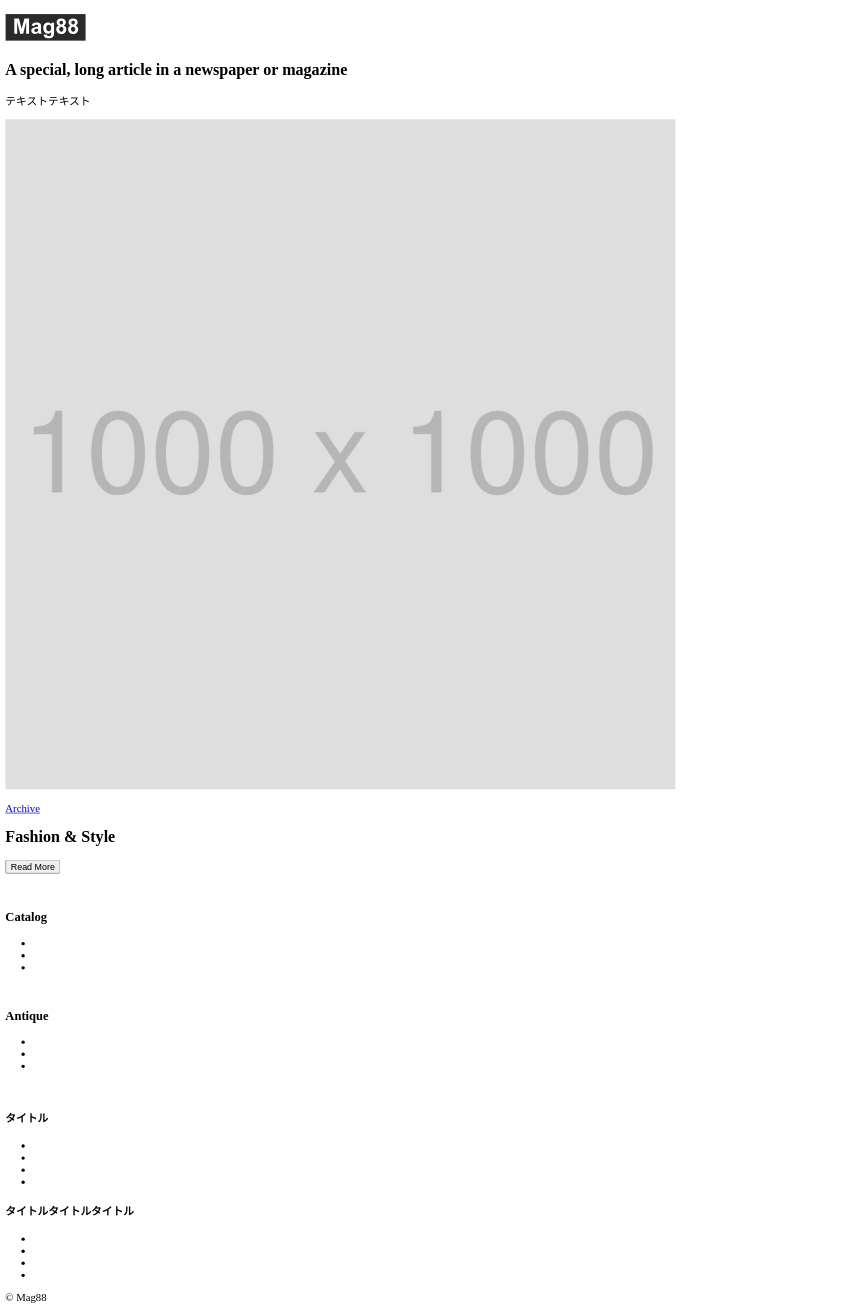
Repository: Fuki-san/bookstore
Page: http://localhost/book
The author's editor kept a copy of each file at every save. The page is drawn from the files as they stood at one save, then again after the next save.
The browser window is 1280 px wide. The pictures show the whole page, at 67% of full size.
The page is served by the project's Laravel application, run on PHP 8.4 with Laravel 10. Other server files are loaded and not shown.

Above is the page before, as saved 2023-11-20 12:10:38.

### routes/web.php
<?php

use Illuminate\Support\Facades\Route;

/*
|--------------------------------------------------------------------------
| Web Routes
|--------------------------------------------------------------------------
|
| Here is where you can register web routes for your application. These
| routes are loaded by the RouteServiceProvider and all of them will
| be assigned to the "web" middleware group. Make something great!
|
*/

Route::get('/', function () {
    return view('welcome');
});

Route::get('book', function() {
    return view('bookstore');
})->name('book');

### resources/views/bookstore.blade.php
@extends('layouts.main')

@section('title', 'bookstore')

@section('content')
    <header>
        <h1 class="site-title"><img src="img/logo.svg" alt="Mag88"></h1>
    </header>

    <main>
        <section id="magazine" class="wrapper">
            <h2 class="sec-title">A special, long article in a newspaper or magazine</h2>
            <p>テキストテキスト</p>
            <div class="flex-item">
                <a class="item" href="#">
                    <img src="img/magazine-archive.jpg">
                    <div class="text">
                        <p class="title">Archive</p>
                        <p>

                        </p>
                    </div>
                </a>
                <a href=""></a>
            </div>
        </section>

        <section id="fashion" class="wrapper">
        <h2>Fashion & Style</h2>
            <p></p>
            <div><a href=""></a><input type="submit" class="button" value="Read More"></div>
            <img src="">
        </section>
        <section class="catalog-antique">
            <img src="">
            <h3>Catalog</h3>
            <ul>
                <li></li>
                <li></li>
                <li></li>
            </ul>
        </section>
        <section class="catalog-antique">
            <img src="">
            <h3>Antique</h3>
            <ul>
                <li></li>
                <li></li>
                <li></li>
            </ul>
        </section>

    </main>


    <footer>
        <div class="footer-menu">
            <img src="">
            <h4>タイトル</h4>
            <ul>
                <li></li>
                <li></li>
                <li></li>
                <li></li>
            </ul>
            <h4>タイトルタイトルタイトル</h4>
            <ul>
                <li></li>
                <li></li>
                <li></li>
                <li></li>
            </ul>
        </div>
        <p>&copy; Mag88</p>
    </footer>
@endsection

### resources/views/layouts/main.blade.php
<!DOCTYPE html>
<html lang="ja">
<head>
    <meta charset="UTF-8">
    <meta name="viewport" content="width=device-width, initial-scale=1.0">
    <meta http-equiv="X-UA-Compatible" content="ie=edge">
    <link rel="stylesheet" href="{{ asset('css/reset.css') }}">
    <link rel="stylesheet" href="{{ asset('css/style.css') }}">
    <link rel="icon" href="img/favicon.ico">
    <title>@yield('title')</title>
</head>
<body>
    @yield('content')
</body>
</html>

### public/img/logo.svg
<?xml version="1.0" encoding="utf-8"?>
<!-- Generator: Adobe Illustrator 15.1.0, SVG Export Plug-In . SVG Version: 6.00 Build 0)  -->
<!DOCTYPE svg PUBLIC "-//W3C//DTD SVG 1.1//EN" "http://www.w3.org/Graphics/SVG/1.1/DTD/svg11.dtd">
<svg version="1.1" id="レイヤー_1" xmlns="http://www.w3.org/2000/svg" xmlns:xlink="http://www.w3.org/1999/xlink" x="0px"
	 y="0px" width="120px" height="40px" viewBox="0 0 120 40" enable-background="new 0 0 120 40" xml:space="preserve">
<text transform="matrix(1 0 0 1 11.667 -25.8213)" fill="#2B3137" font-family="'Arial-BoldMT'" font-size="31.8021">Mag88</text>
<rect fill="#2A2A2A" width="120" height="40"/>
<g>
	<path fill="#FFFFFF" d="M13.351,29.333V6.568h6.879l4.13,15.529l4.084-15.529h6.895v22.765h-4.271v-17.92l-4.519,17.92h-4.425
		l-4.503-17.92v17.92H13.351z"/>
	<path fill="#FFFFFF" d="M43.134,17.872l-3.96-0.714c0.445-1.595,1.211-2.774,2.299-3.54c1.087-0.766,2.701-1.149,4.845-1.149
		c1.946,0,3.396,0.23,4.348,0.69c0.952,0.461,1.623,1.047,2.011,1.756c0.389,0.709,0.582,2.01,0.582,3.904l-0.046,5.094
		c0,1.449,0.069,2.518,0.21,3.207c0.139,0.688,0.4,1.426,0.783,2.213h-4.316c-0.113-0.29-0.254-0.72-0.419-1.289
		c-0.073-0.259-0.124-0.43-0.155-0.513c-0.746,0.725-1.543,1.269-2.392,1.63c-0.849,0.363-1.755,0.544-2.718,0.544
		c-1.697,0-3.035-0.46-4.014-1.382s-1.467-2.086-1.467-3.494c0-0.932,0.222-1.762,0.667-2.492c0.444-0.73,1.069-1.289,1.871-1.677
		c0.802-0.389,1.959-0.728,3.471-1.018c2.039-0.383,3.452-0.739,4.239-1.071v-0.435c0-0.839-0.207-1.437-0.621-1.794
		s-1.195-0.535-2.345-0.535c-0.776,0-1.382,0.152-1.817,0.458C43.755,16.571,43.403,17.106,43.134,17.872z M48.973,21.413
		c-0.559,0.187-1.444,0.409-2.655,0.668c-1.212,0.259-2.003,0.512-2.376,0.761c-0.569,0.403-0.854,0.916-0.854,1.537
		c0,0.61,0.227,1.14,0.683,1.584c0.456,0.445,1.035,0.667,1.739,0.667c0.787,0,1.537-0.258,2.252-0.775
		c0.527-0.394,0.875-0.875,1.04-1.444c0.114-0.373,0.171-1.081,0.171-2.128V21.413z"/>
	<path fill="#FFFFFF" d="M57.157,30.419l4.984,0.605c0.083,0.58,0.274,0.979,0.574,1.196c0.414,0.311,1.066,0.466,1.957,0.466
		c1.139,0,1.992-0.171,2.563-0.512c0.383-0.229,0.673-0.596,0.869-1.104c0.135-0.362,0.202-1.029,0.202-2.003v-2.407
		c-1.304,1.781-2.95,2.672-4.938,2.672c-2.215,0-3.97-0.938-5.264-2.811c-1.015-1.48-1.521-3.324-1.521-5.529
		c0-2.764,0.664-4.875,1.995-6.335c1.33-1.46,2.983-2.189,4.962-2.189c2.039,0,3.721,0.896,5.046,2.687v-2.314h4.084V27.64
		c0,1.946-0.161,3.4-0.481,4.363s-0.771,1.719-1.351,2.268c-0.58,0.549-1.354,0.979-2.321,1.289
		c-0.969,0.311-2.192,0.466-3.673,0.466c-2.795,0-4.778-0.479-5.947-1.437c-1.17-0.957-1.755-2.172-1.755-3.642
		C57.141,30.802,57.147,30.626,57.157,30.419z M61.054,20.745c0,1.75,0.339,3.031,1.017,3.844c0.679,0.813,1.515,1.219,2.508,1.219
		c1.066,0,1.967-0.416,2.703-1.25c0.734-0.834,1.102-2.068,1.102-3.703c0-1.709-0.352-2.977-1.056-3.805s-1.595-1.242-2.671-1.242
		c-1.045,0-1.907,0.406-2.586,1.219C61.393,17.839,61.054,19.079,61.054,20.745z"/>
	<path fill="#FFFFFF" d="M79.797,17.05c-1.129-0.477-1.949-1.131-2.462-1.965c-0.513-0.833-0.769-1.746-0.769-2.74
		c0-1.697,0.593-3.101,1.778-4.208c1.185-1.107,2.87-1.662,5.054-1.662c2.164,0,3.844,0.554,5.039,1.662
		c1.196,1.108,1.794,2.511,1.794,4.208c0,1.056-0.274,1.995-0.823,2.818c-0.549,0.822-1.32,1.451-2.313,1.887
		c1.263,0.508,2.224,1.248,2.88,2.221c0.658,0.973,0.986,2.096,0.986,3.369c0,2.102-0.67,3.811-2.011,5.125
		s-3.124,1.972-5.349,1.972c-2.071,0-3.795-0.544-5.172-1.63c-1.625-1.284-2.438-3.045-2.438-5.28c0-1.231,0.305-2.362,0.916-3.394
		C77.52,18.403,78.482,17.608,79.797,17.05z M80.293,22.407c0,1.201,0.309,2.138,0.924,2.811c0.616,0.673,1.385,1.01,2.307,1.01
		c0.9,0,1.646-0.324,2.236-0.971c0.59-0.647,0.885-1.582,0.885-2.803c0-1.066-0.301-1.924-0.9-2.57
		c-0.602-0.646-1.361-0.971-2.283-0.971c-1.066,0-1.861,0.367-2.383,1.103C80.555,20.751,80.293,21.548,80.293,22.407z
		 M80.698,12.655c0,0.869,0.246,1.547,0.737,2.034c0.491,0.486,1.146,0.729,1.964,0.729c0.828,0,1.491-0.246,1.988-0.737
		s0.745-1.173,0.745-2.042c0-0.818-0.246-1.473-0.737-1.965c-0.492-0.491-1.142-0.737-1.949-0.737c-0.838,0-1.506,0.249-2.003,0.745
		C80.946,11.18,80.698,11.837,80.698,12.655z"/>
	<path fill="#FFFFFF" d="M97.484,17.05c-1.128-0.477-1.948-1.131-2.462-1.965c-0.512-0.833-0.768-1.746-0.768-2.74
		c0-1.697,0.592-3.101,1.777-4.208c1.186-1.107,2.871-1.662,5.055-1.662c2.164,0,3.844,0.554,5.039,1.662
		c1.195,1.108,1.793,2.511,1.793,4.208c0,1.056-0.273,1.995-0.822,2.818c-0.549,0.822-1.32,1.451-2.314,1.887
		c1.264,0.508,2.224,1.248,2.881,2.221c0.658,0.973,0.986,2.096,0.986,3.369c0,2.102-0.67,3.811-2.012,5.125
		c-1.34,1.314-3.123,1.972-5.349,1.972c-2.071,0-3.794-0.544-5.171-1.63c-1.625-1.284-2.438-3.045-2.438-5.28
		c0-1.231,0.305-2.362,0.916-3.394C95.207,18.403,96.168,17.608,97.484,17.05z M97.981,22.407c0,1.201,0.308,2.138,0.924,2.811
		c0.615,0.673,1.385,1.01,2.307,1.01c0.9,0,1.646-0.324,2.235-0.971c0.591-0.647,0.886-1.582,0.886-2.803
		c0-1.066-0.301-1.924-0.901-2.57s-1.361-0.971-2.282-0.971c-1.066,0-1.861,0.367-2.384,1.103S97.981,21.548,97.981,22.407z
		 M98.385,12.655c0,0.869,0.245,1.547,0.736,2.034c0.492,0.486,1.146,0.729,1.965,0.729c0.828,0,1.49-0.246,1.988-0.737
		c0.496-0.491,0.744-1.173,0.744-2.042c0-0.818-0.246-1.473-0.736-1.965c-0.492-0.491-1.143-0.737-1.949-0.737
		c-0.839,0-1.506,0.249-2.004,0.745C98.633,11.18,98.385,11.837,98.385,12.655z"/>
</g>
</svg>

Loaded but not shown: public/css/style.css (no copy from this time; the picture is the same without it)

After the next save:
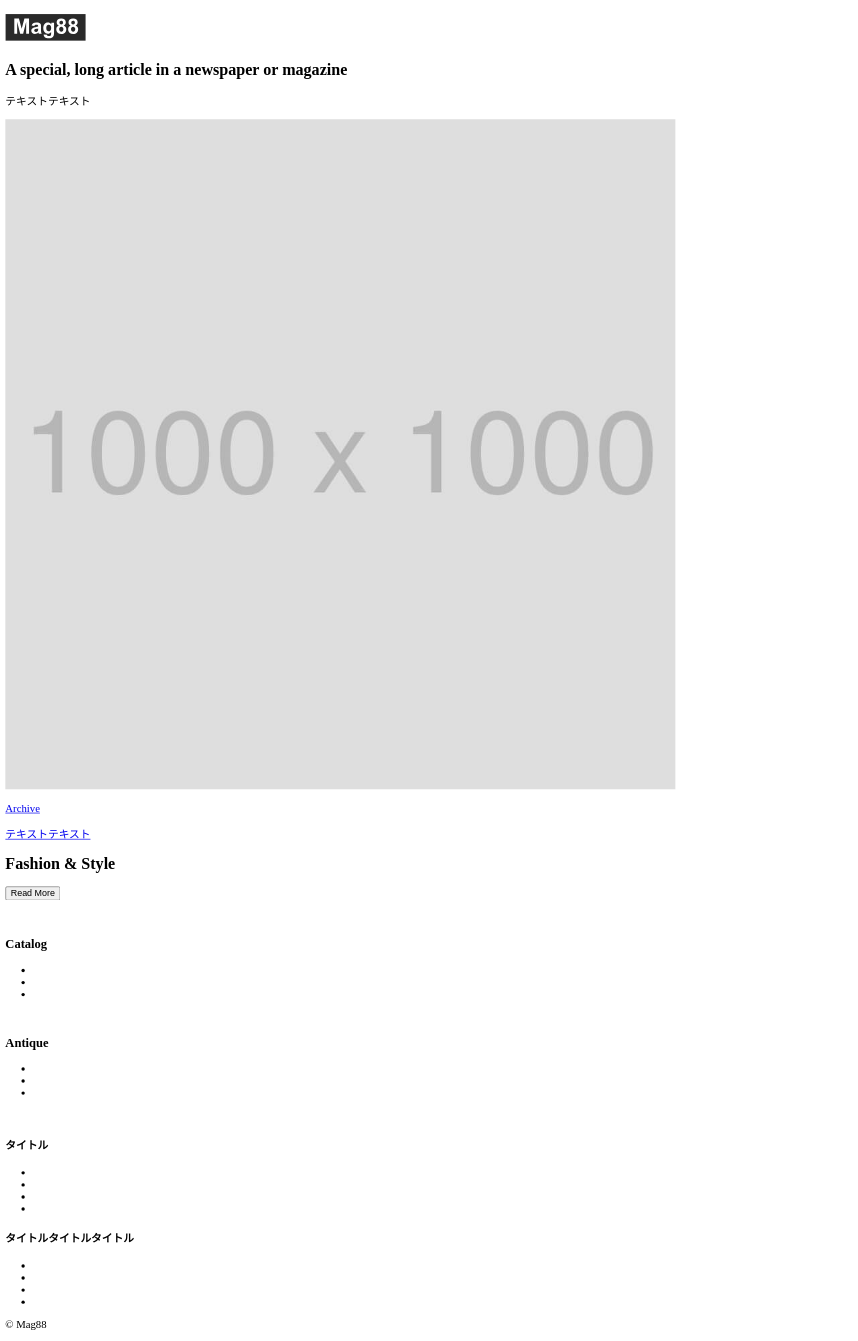
Saved 4 s later.
--- a/resources/views/bookstore.blade.php
+++ b/resources/views/bookstore.blade.php
@@ -17,7 +17,7 @@
                     <div class="text">
                         <p class="title">Archive</p>
                         <p>
-
+                        テキストテキスト
                         </p>
                     </div>
                 </a>
